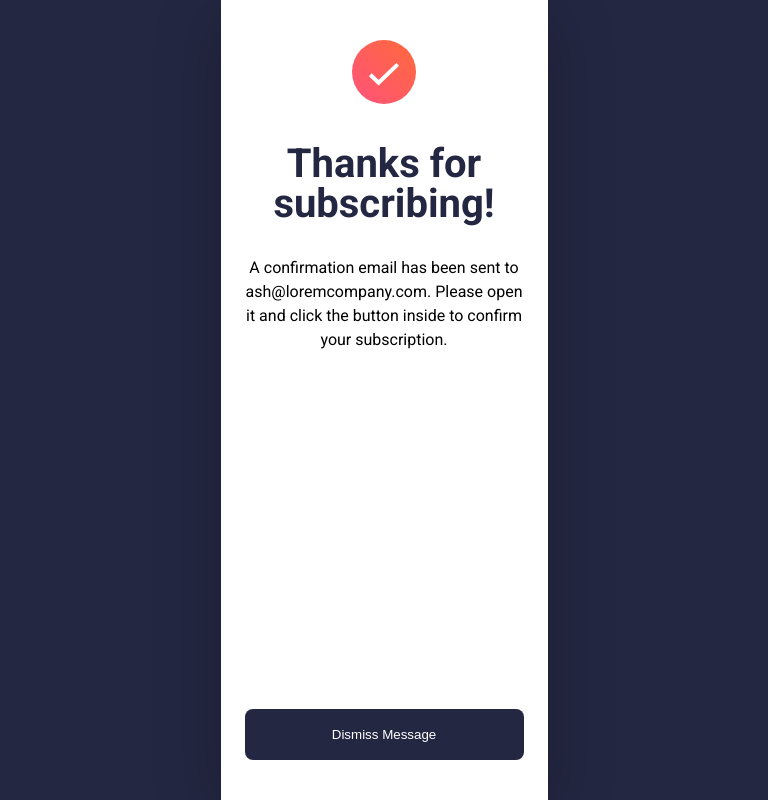
Repository: brandontaylor1/newsletter-signup
Page: success.html
An editor plug-in stored every save of this project. The page is shown before and after the next save, followed by the edit.
The browser window is 768 px wide. The pictures show the whole page.

Above is the page before, as saved 2025-01-20 10:50:37.

After the next save:
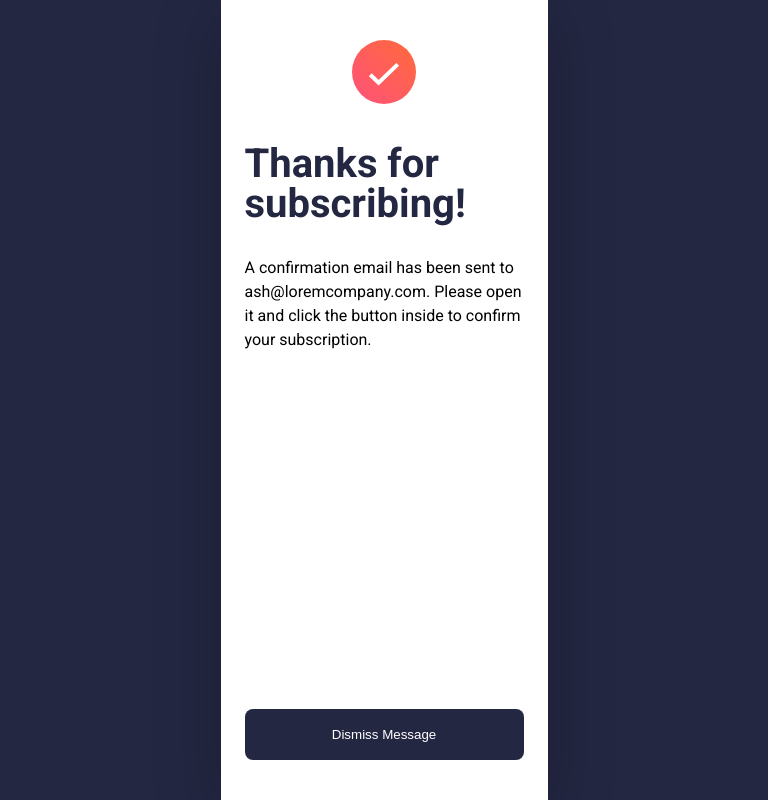
Saved 13 s later.
--- a/success.css
+++ b/success.css
@@ -115,7 +115,6 @@ button:hover {
         flex-direction: column;
         justify-content: space-around;
         align-items: center;
-        text-align: center;
     }
 
     .success-card h1 {
